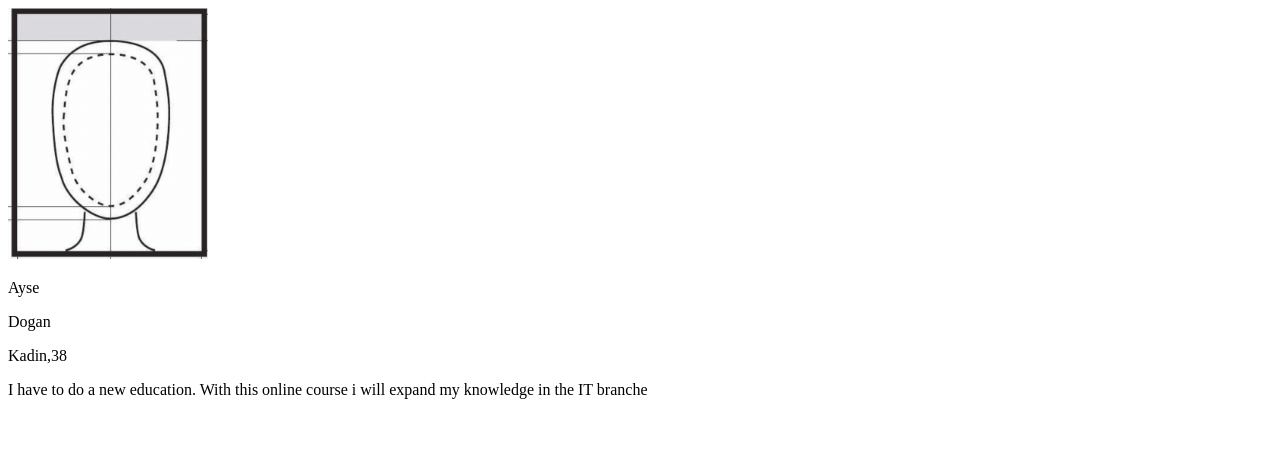
Repository: aysedo/html
Page: Week_2/profile/index.html
An editor plug-in stored every save of this project. The page is shown before and after the next save, followed by the edit.
The browser window is 1280 px wide. The pictures show the whole page.

Above is the page before, as saved 2021-08-25 22:51:49.

After the next save:
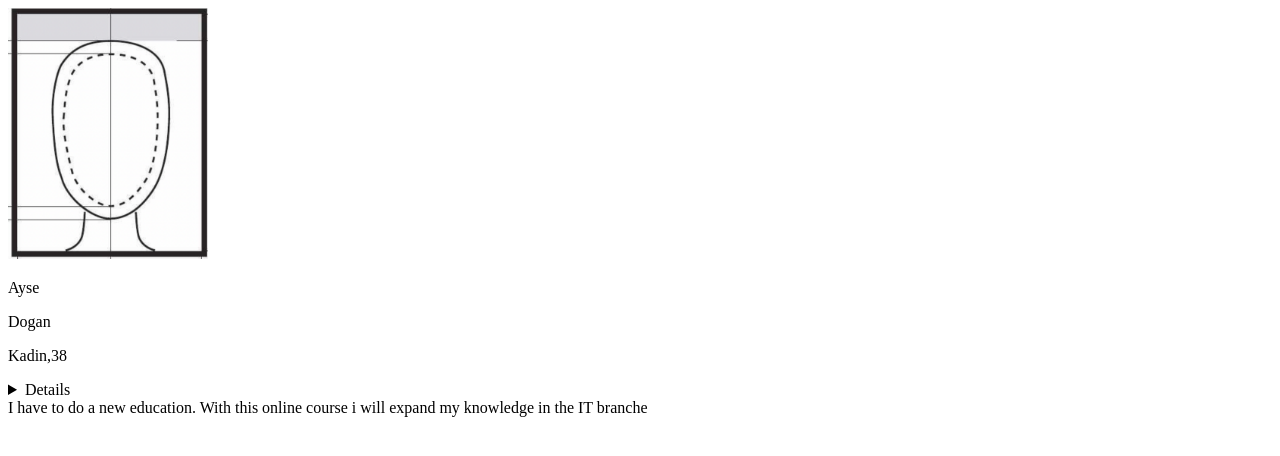
Saved 2 min 25 s later.
--- a/Week_2/profile/index.html
+++ b/Week_2/profile/index.html
@@ -11,6 +11,7 @@
           <p> Ayse </p>
           <p> Dogan </p>
           <p> Kadin,38 </p>
+          <details></details>
 <summary
           <p>I have to do a new education. With this online course i will expand my knowledge in the IT branche</p>
 
